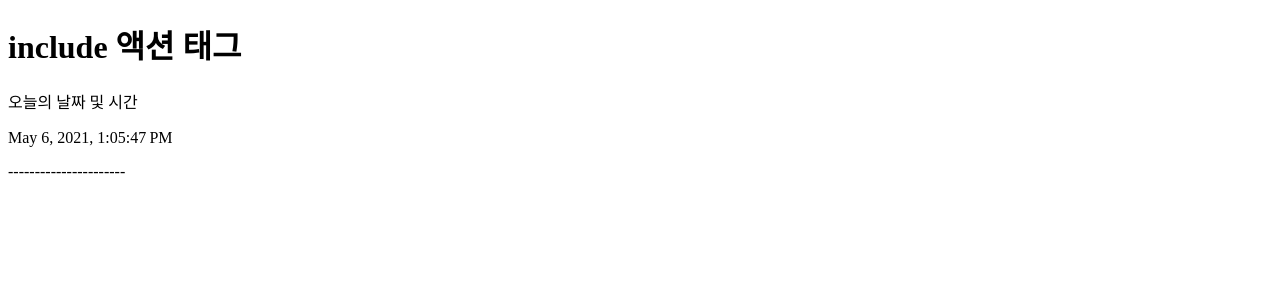
Repository: CheolHo-0428/JSP-Web-Programming
Page: http://localhost/JSPBook/ch04/include.jsp
An editor plug-in stored every save of this project. The page is shown before and after the next save, followed by the edit.
The browser window is 1280 px wide. The pictures show the whole page.
The page is served by Tomcat 9. Other server files are loaded and not shown.

Above is the page before, as saved 2021-05-09 02:04:45.

### JSPBook/src/main/webapp/ch04/include.jsp
<%@ page language="java" contentType="text/html; charset=UTF-8"
    pageEncoding="UTF-8"%>
<!DOCTYPE html>
<html>
<head>
<meta charset="UTF-8">
<title>Action Tag</title>
</head>
<body>
	<h1>include 액션 태그</h1>
	<jsp:include page="include_date.jsp" flush="false"></jsp:include>
	<p>----------------------</p>
</body>
</html>

### JSPBook/src/main/webapp/ch04/include_date.jsp
<%@ page language="java" contentType="text/html; charset=UTF-8"
    pageEncoding="UTF-8"%>
<%@ page import="java.util.Date" %>
<!DOCTYPE html>
<html>
<head>
<meta charset="UTF-8">
<title>Action Tag</title>
</head>
<body>
	<%
		Date day = new Date();
		String LocalDate = day.toLocaleString();
	%>
	<p>오늘의 날짜 및 시간</p>
	<p><%= LocalDate %></p>
</body>
</html>

After the next save:
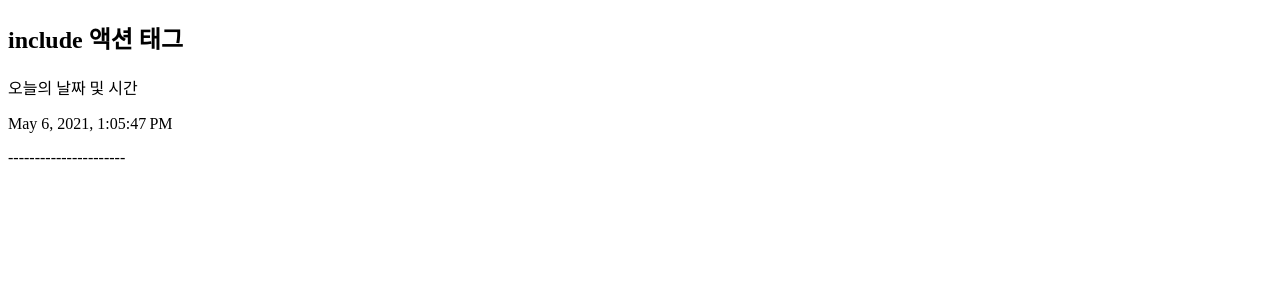
Saved 14 s later.
--- a/JSPBook/src/main/webapp/ch04/include.jsp
+++ b/JSPBook/src/main/webapp/ch04/include.jsp
@@ -7,7 +7,7 @@
 <title>Action Tag</title>
 </head>
 <body>
-	<h1>include 액션 태그</h1>
+	<h2>include 액션 태그</h2>
 	<jsp:include page="include_date.jsp" flush="false"></jsp:include>
 	<p>----------------------</p>
 </body>
